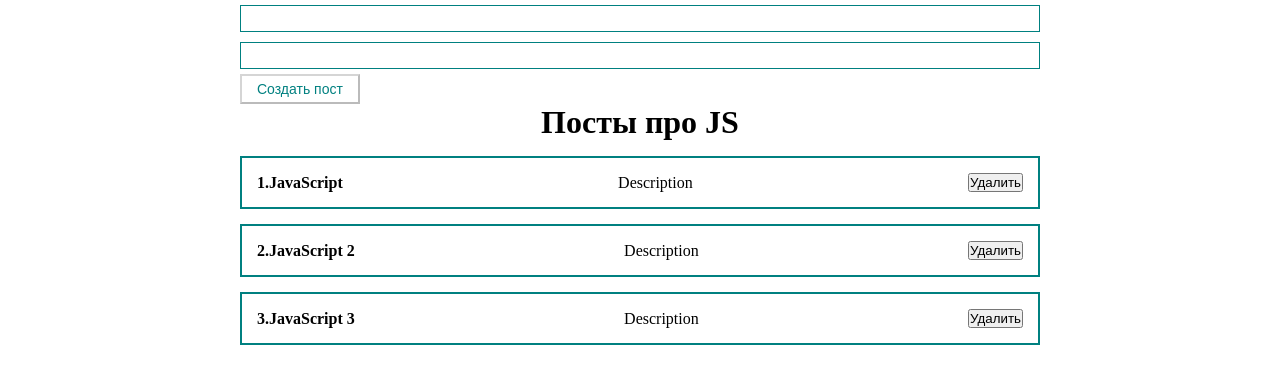
Repository: otvertka/ulb2_react
Page: / (app in jk_project/)
These files come from the project's save history. The page is drawn as it stood at one moment and after the next save; the edit follows.
The browser window is 1280 px wide. The pictures show the whole page.
The project was rebuilt for these pictures with package versions that can differ from the ones it lists, and the page was loaded fresh each time. Also part of the build but not shown: jk_project/src/component/Counter.jsx, jk_project/src/component/ClassCounter.jsx.

Above is the page before, as saved 2023-09-08 12:41:04.

After the next save:
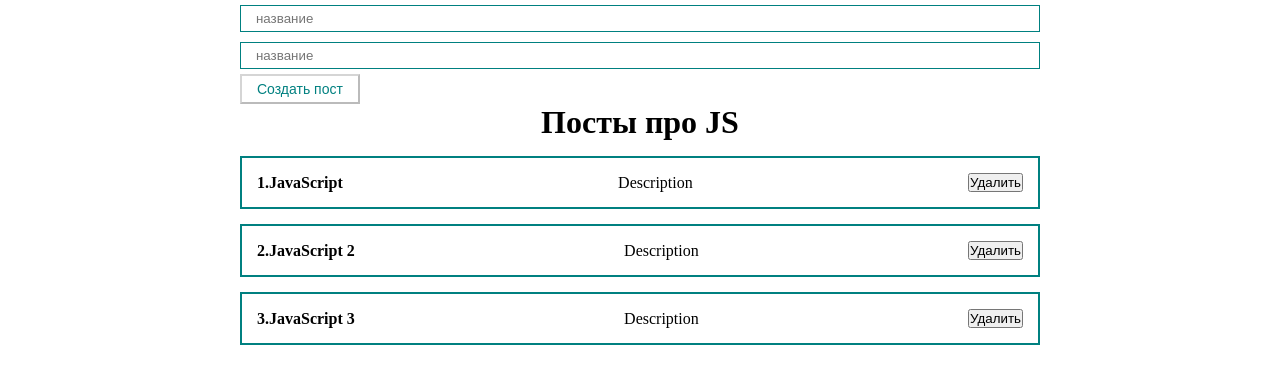
Saved 63 s later.
--- a/jk_project/src/App.js
+++ b/jk_project/src/App.js
@@ -17,8 +17,8 @@ function App() {
   return (
     <div className="App">
       <form>
-        <MyInput />
-        <MyInput />
+        <MyInput type="text" placeholder="название" />
+        <MyInput type="text" placeholder="название" />
         <MyButton disabled>Создать пост</MyButton>
       </form>
       <PostList posts={posts} title="Посты про JS" />
